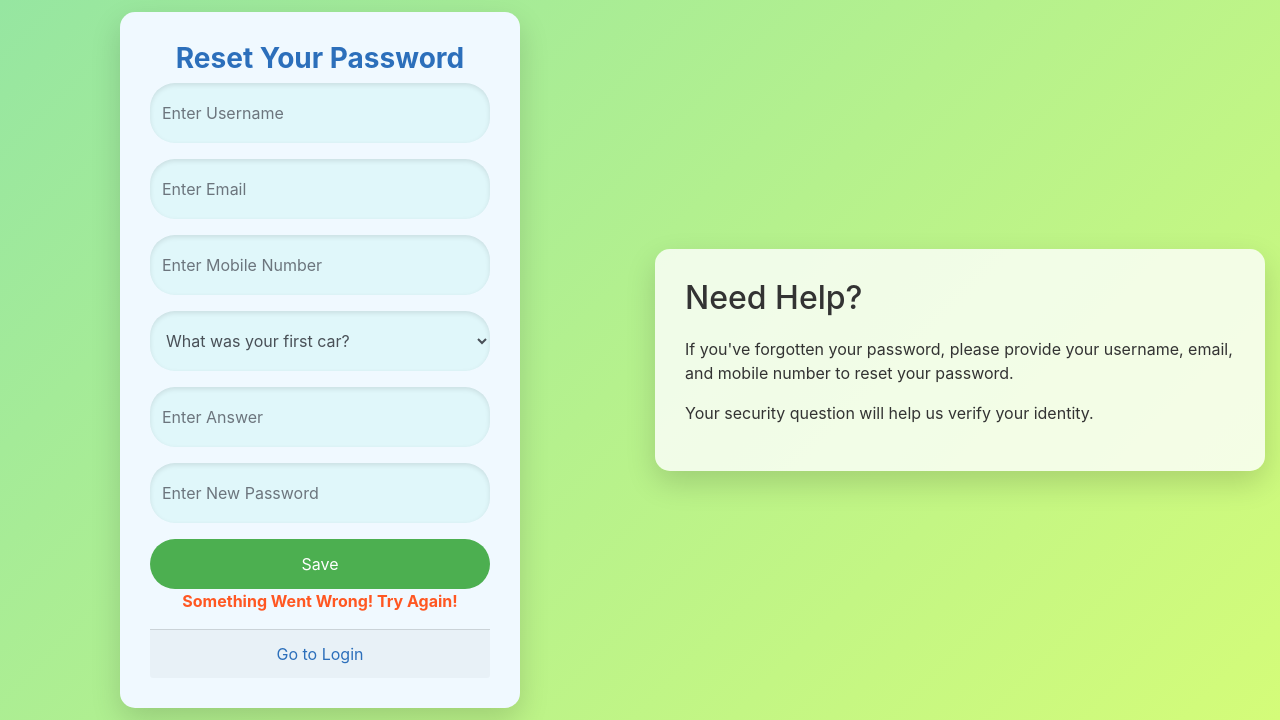
Repository: Dineshbabu290904/DigiMart
Page: http://localhost/DigiMart/forgotPassword.jsp
The author's editor kept a copy of each file at every save. The page is drawn from the files as they stood at one save, then again after the next save.
The browser window is 1280 px wide. The pictures show the whole page.
Some web libraries are served in a nearby version. The page is served by Tomcat 9.

Above is the page before, as saved 2024-10-16 15:40:29.

After the next save:
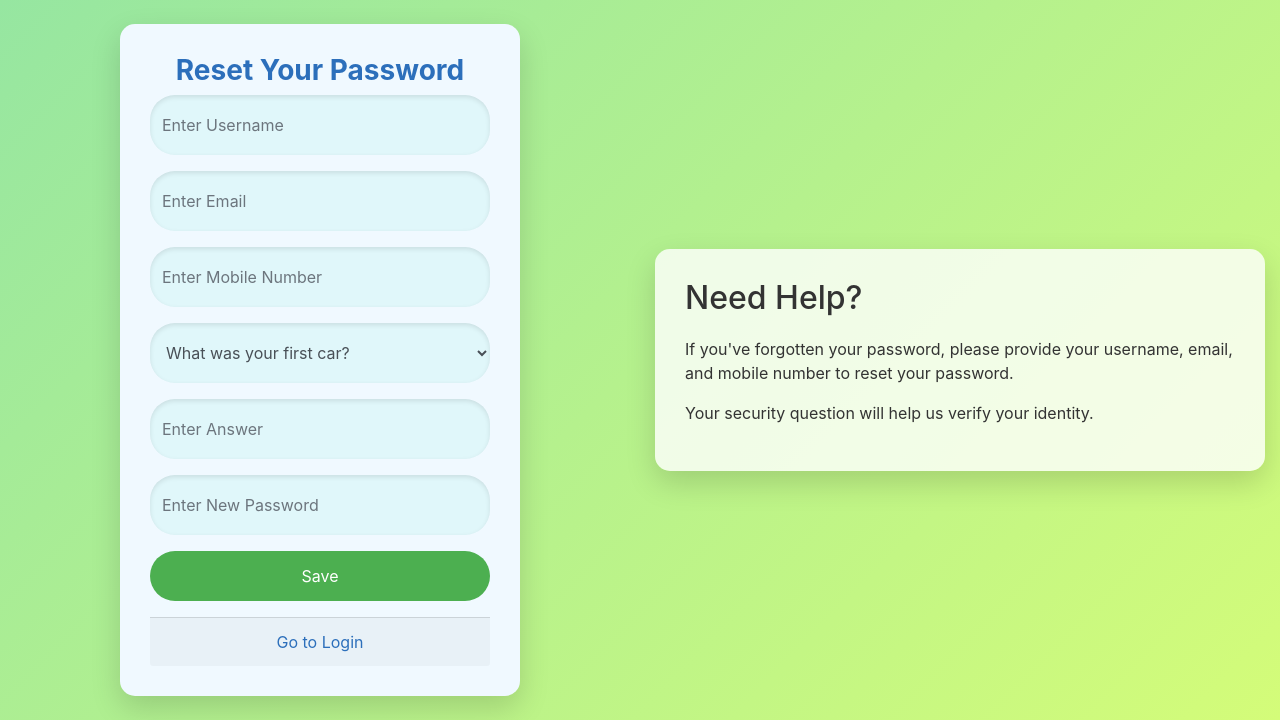
Saved 5 s later.
--- a/DigiMart/src/main/webapp/forgotPassword.jsp
+++ b/DigiMart/src/main/webapp/forgotPassword.jsp
@@ -109,7 +109,7 @@
                     if ("done".equals(msg)) {
                 %>
                 <div class="message">Password Changed Successfully!</div>
-                <% } else if ("notdone".equals(msg) || msg == null) { %>
+                <% } else if ("notdone".equals(msg)) { %>
                 <div class="message">Something Went Wrong! Try Again!</div>
                 <% } %>
                 <div class="card-footer text-center mt-3">
